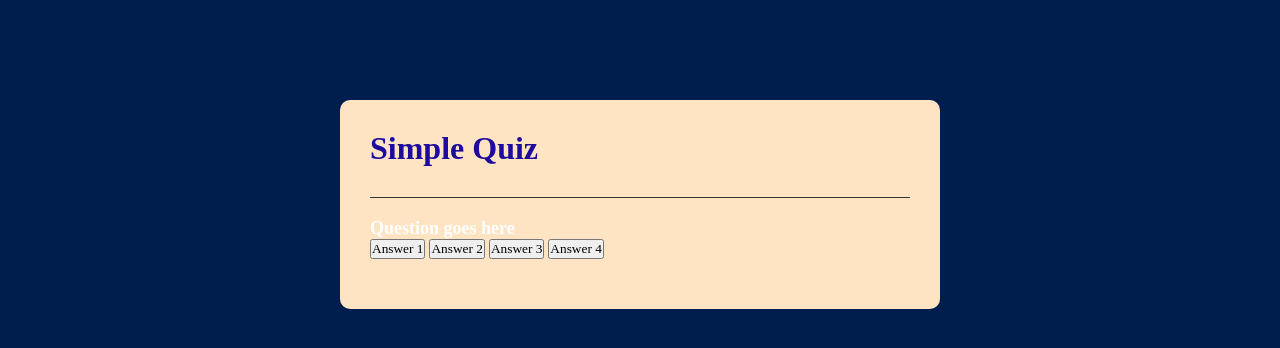
Repository: supriya123yadav/Quiz-project
Page: index.html
An editor plug-in stored every save of this project. The page is shown before and after the next save, followed by the edit.
The browser window is 1280 px wide. The pictures show the whole page.

Above is the page before, as saved 2024-07-07 15:45:21.

### index.html
<!DOCTYPE html>
<html lang="en">
<head>
    <meta charset="UTF-8">
    <meta name="viewport" content="width=device-width, initial-scale=1.0">
    <title>Quiz App - Easy Tutorials</title>
    <link rel="stylesheet" href="style.css">
</head>
<body>
    <div class="app">
        <h1>Simple Quiz</h1>
        <div class="quiz">
            <h2 id="question">Question goes here</h2>
            <div id="answer-buttons">
                <button class="btn">Answer 1</button>
                <button class="btn">Answer 2</button>
                <button class="btn">Answer 3</button>
                <button class="btn">Answer 4</button>


            </div>

        </div>

    </div>

</body>
</html>

### style.css
* {
    margin: 0px;
    padding: 0px;
    font-family: serif;
    box-sizing: border-box;

}
body{
    background: #001e4d;
}
.app{
    background:bisque;
    width: 90%;
    max-width: 600px;
    margin: 100px auto 0;
    border-radius: 10px;
    padding: 30px;

}
.app h1{
   font-weight: 25px;
   color: rgb(30, 11, 157);
   font-weight: 600px;
   border-bottom: 1px solid #333;
   padding-bottom: 30px;
}
.quiz{
    padding: 20px 0;

}
.quiz h2{
    font-size: 18px;
    color:rgb(255, 255, 255);


}

After the next save:
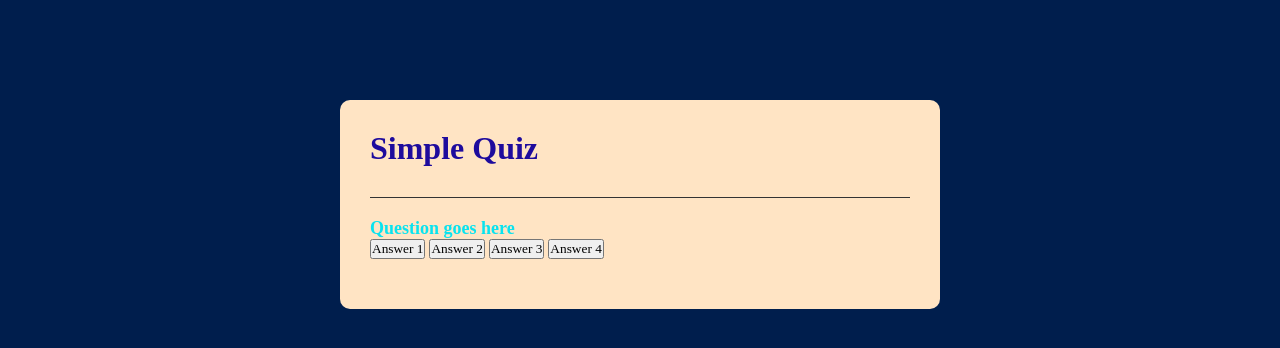
Saved 39 s later.
--- a/style.css
+++ b/style.css
@@ -30,7 +30,7 @@
 }
 .quiz h2{
     font-size: 18px;
-    color:rgb(255, 255, 255);
+    color:rgb(9, 227, 239);
 
 
 }
